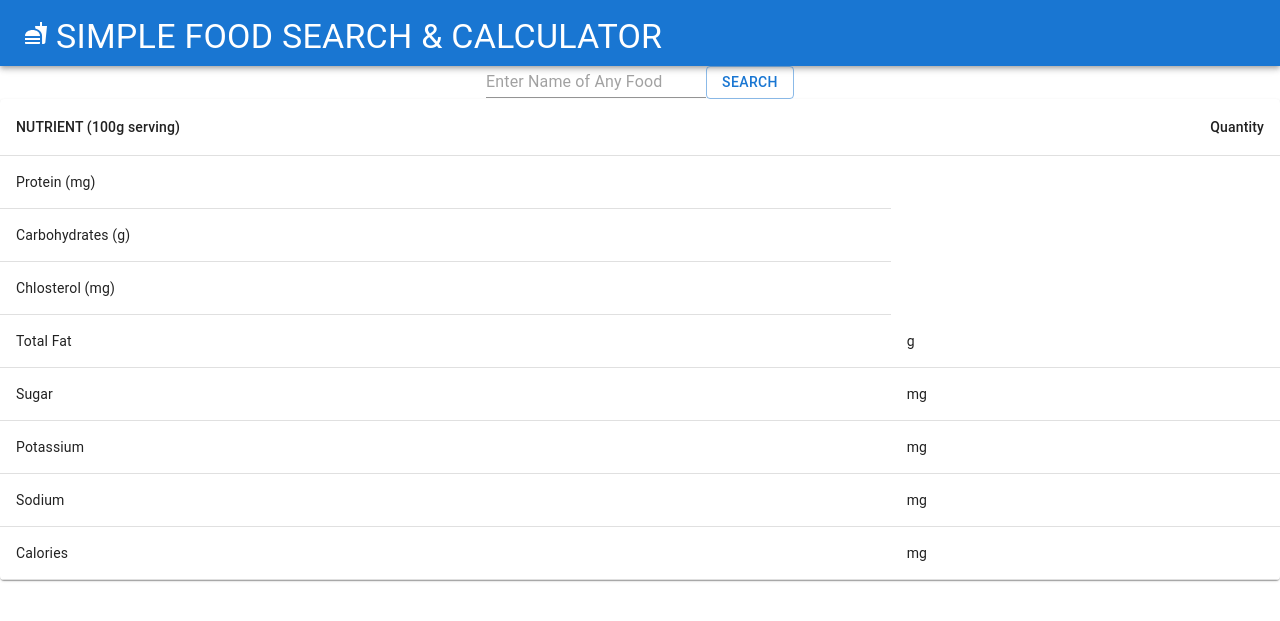
Repository: Mikerr21/Diet-Nutrition-API
Page: /
These files come from the project's save history. The page is drawn as it stood at one moment and after the next save; the edit follows.
The browser window is 1280 px wide. The pictures show the whole page.
The project was rebuilt for these pictures with package versions that can differ from the ones it lists, and the page was loaded fresh each time.

Above is the page before, as saved 2022-09-21 15:45:00.

After the next save:
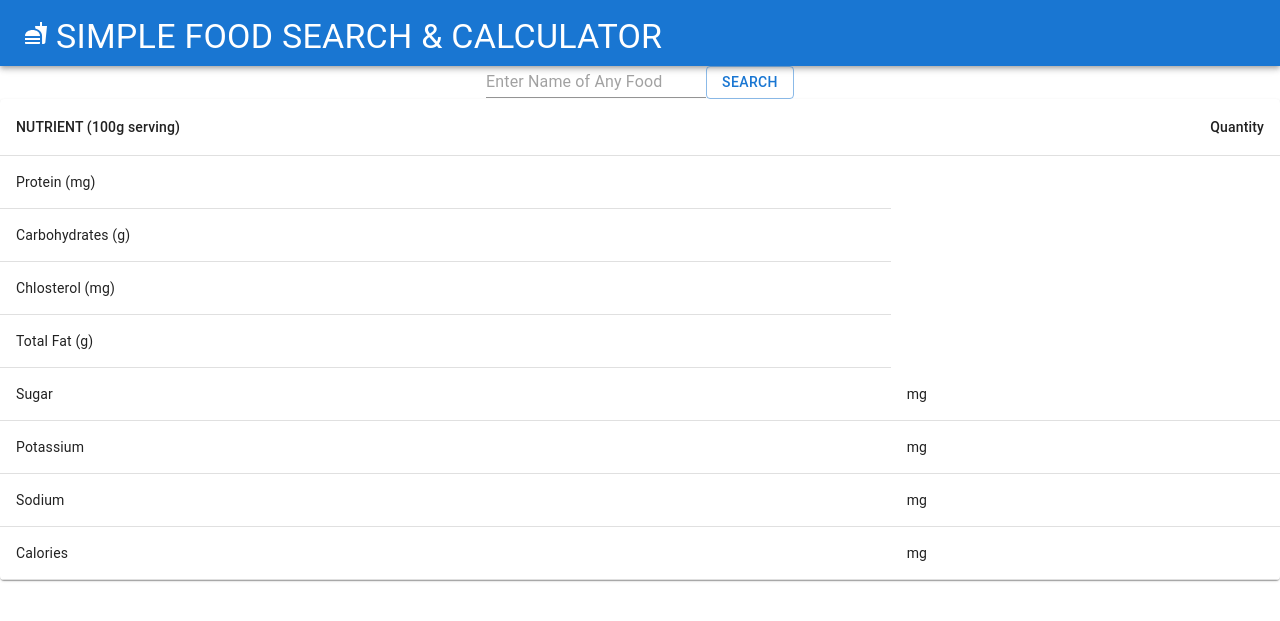
Saved 8 s later.
--- a/src/App.js
+++ b/src/App.js
@@ -120,10 +120,7 @@ function App() {
 								</TableRow>
                 <TableRow>
 									<TableCell>
-										Total Fat
-									</TableCell>
-									<TableCell>
-									 g
+										Total Fat (g)
 									</TableCell>
 								</TableRow>
                 <TableRow>
